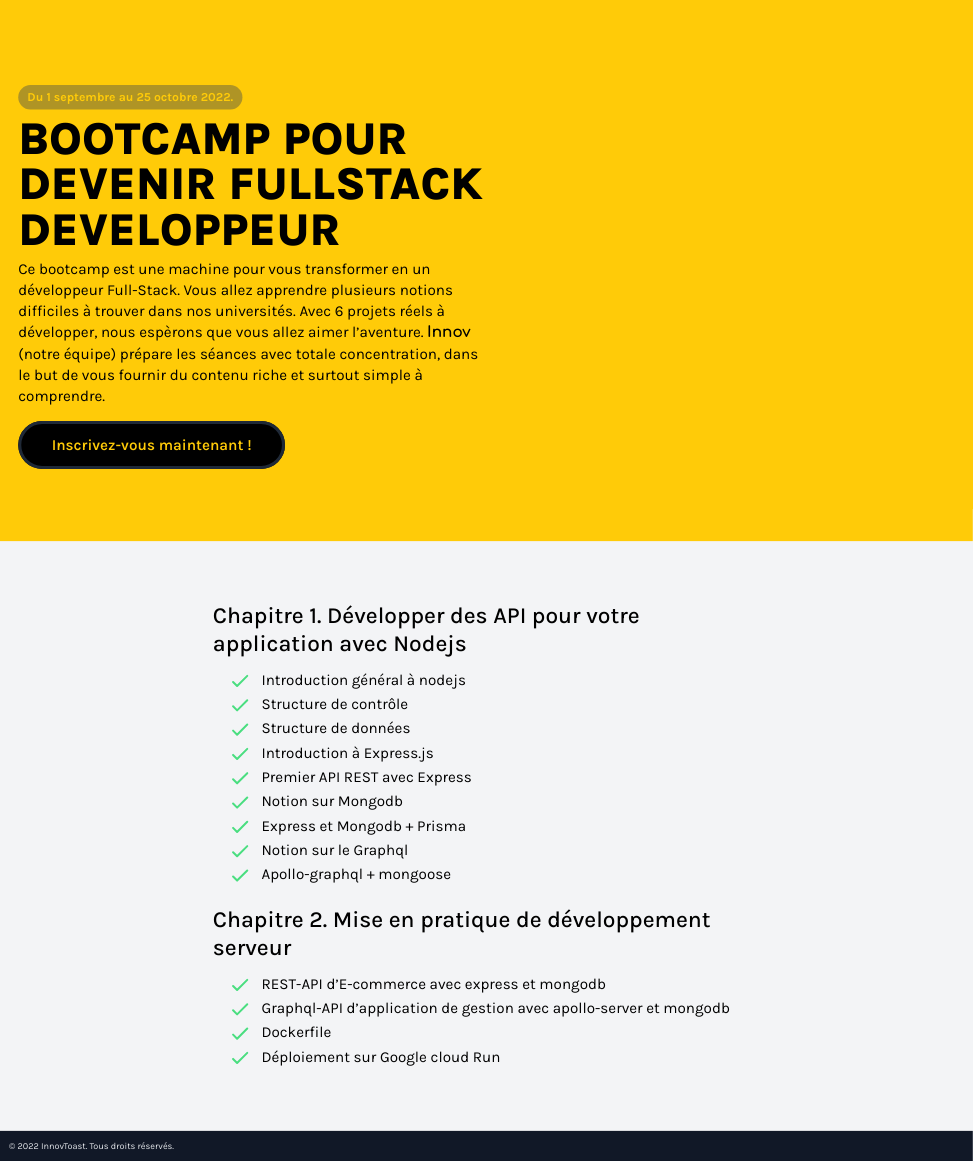
Repository: alfredlwanzo/course
Page: /
These files come from the project's save history. The page is drawn as it stood at one moment and after the next save; the edit follows.
The browser window is 1280 px wide. The pictures show the whole page, at 76% of full size.
The project was rebuilt for these pictures with package versions that can differ from the ones it lists, and the page was loaded fresh each time. The framework's server and built-in components were replaced by stand-ins that run in the browser. Also part of the build but not shown: next.config.js.

Above is the page before, as saved 2022-08-08 17:55:19.

After the next save:
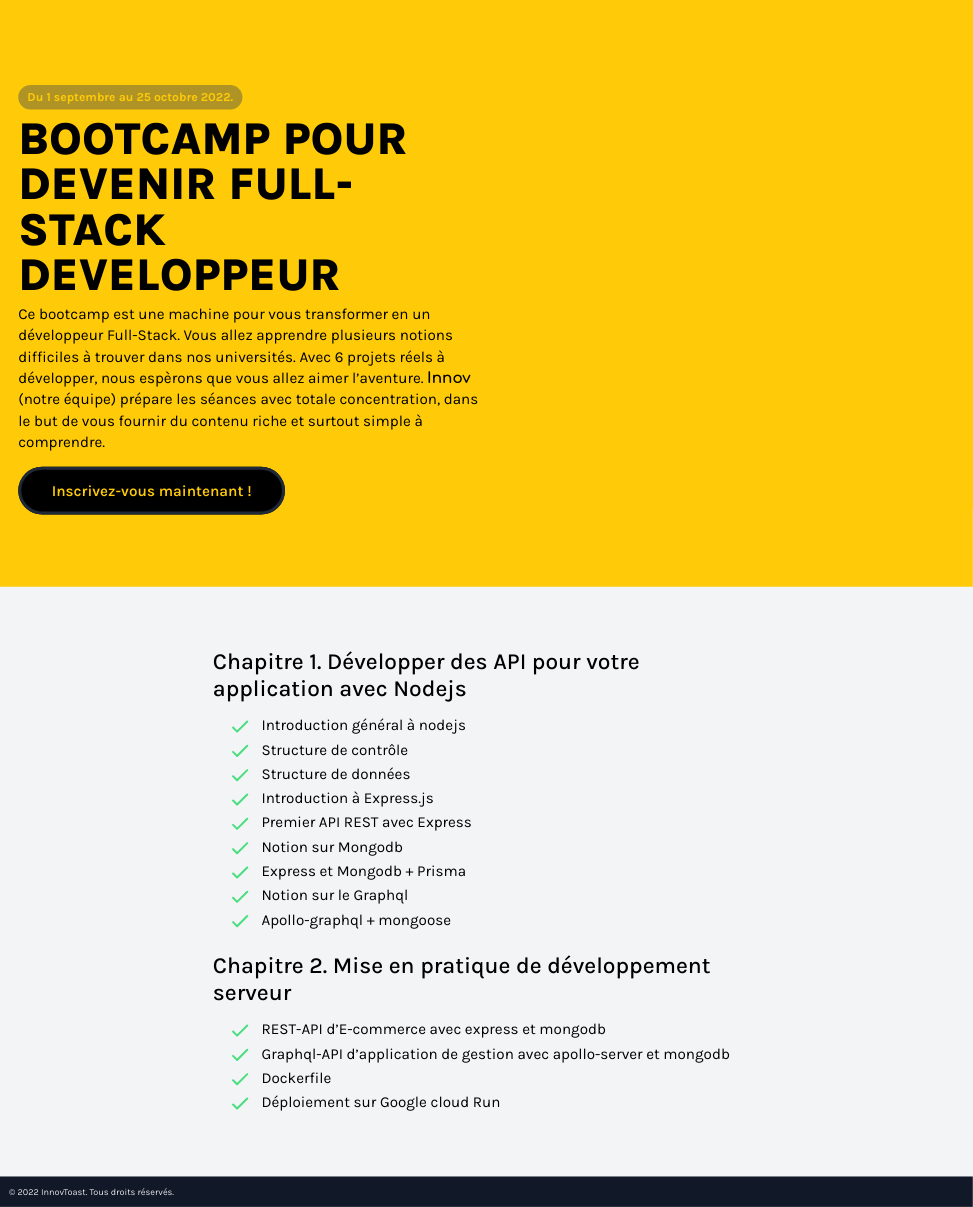
Saved 23 s later.
--- a/src/components/sections/Home.tsx
+++ b/src/components/sections/Home.tsx
@@ -13,7 +13,7 @@
             </h6>
           </div>
           <h1 className="text-5xl md:text-6xl font-extrabold uppercase mt-2">
-            Bootcamp pour devenir fullstack developpeur
+            Bootcamp pour devenir full-stack developpeur
           </h1>
           <p className="text-xl mt-2">
             Ce bootcamp est une machine pour vous transformer en un développeur
